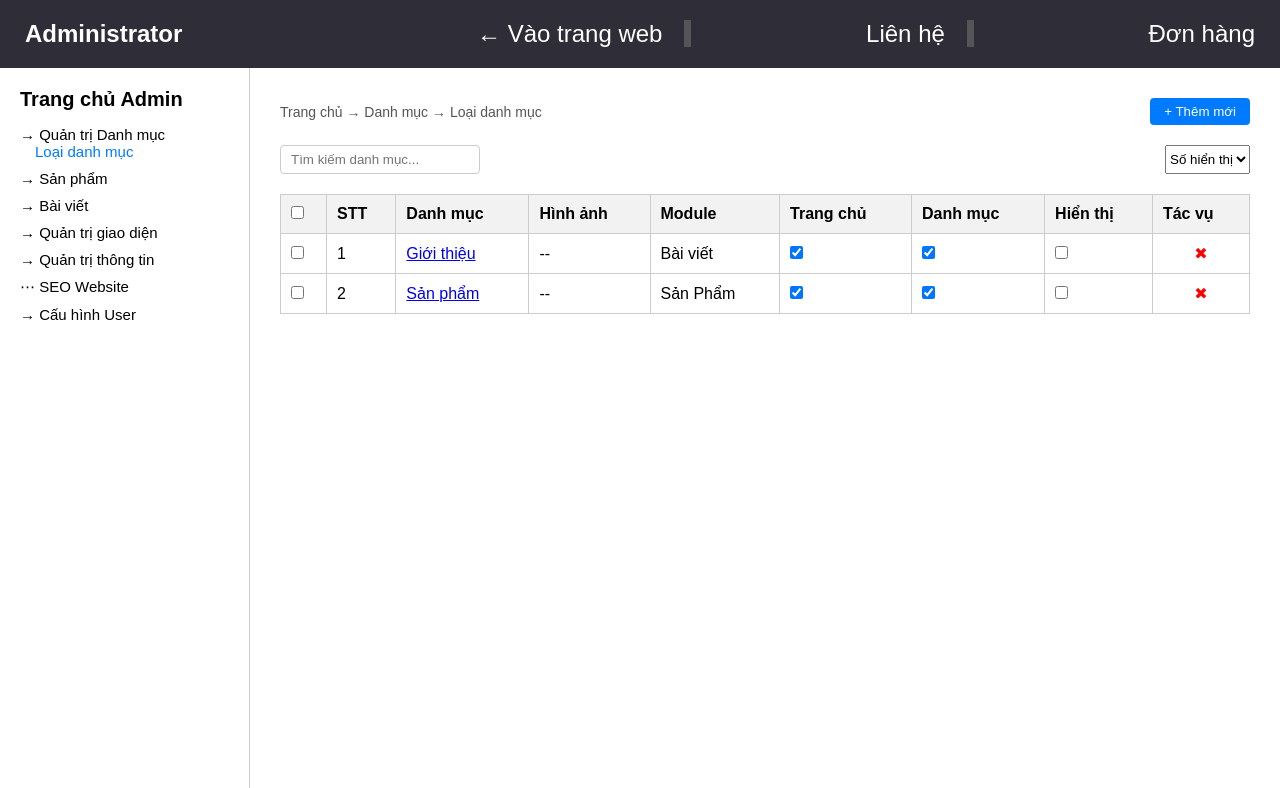
Repository: TranTanDat0606/Du-An-1
Page: Admin]/admin.html
The author's editor kept a copy of each file at every save. The page is drawn from the files as they stood at one save, then again after the next save.
The browser window is 1280 px wide. The pictures show the whole page.

Above is the page before, as saved 2025-07-30 14:51:55.

### Admin]/admin.html
<!DOCTYPE html>
<html lang="vi">
<head>
    <meta charset="UTF-8" />
    <meta name="viewport" content="width=device-width, initial-scale=1.0"/>
    <title>Quản lý danh mục</title>
    <link rel="stylesheet" href="admin.css" />
</head>
<body>
    <header class="topbar">
    <div class="topbar-left">Administrator</div>
    <div class="topbar-right">
    <a href="#">← Vào trang web</a>
    <a href="#">Liên hệ</a>
    <a href="#">Đơn hàng</a></div>
</header>
    <div class="admin-container">
    <aside class="sidebar">
    <h2>Trang chủ Admin</h2>
    <ul>
        <li>→ Quản trị Danh mục
    <ul class="submenu">
            <li><a href="#">Loại danh mục</a></li>
    </ul>
        </li>
        <li>→ Sản phẩm</li>
        <li>→ Bài viết</li>
        <li>→ Quản trị giao diện</li>
        <li>→ Quản trị thông tin</li>
        <li>⋯ SEO Website</li>
        <li>→ Cấu hình User</li>
    </ul>
    </aside>
    <main class="main-content">
    <div class="header-bar">
        <span class="breadcrumbs">Trang chủ → Danh mục → Loại danh mục</span>
        <button class="btn-new">+ Thêm mới</button>
    </div>

    <div class="table-toolbar">
        <input type="text" class="search-input" placeholder="Tìm kiếm danh mục..." />
        <select>
    <option>Số hiển thị</option>
        </select>
    </div>
    <table>
        <thead>
    <tr>
            <th><input type="checkbox" /></th>
            <th>STT</th>
            <th>Danh mục</th>
            <th>Hình ảnh</th>
            <th>Module</th>
            <th>Trang chủ</th>
            <th>Danh mục</th>
            <th>Hiển thị</th>
            <th>Tác vụ</th>
    </tr>
        </thead>
        <tbody>
    <tr>
            <td><input type="checkbox" /></td>
            <td>1</td>
            <td><a href="#">Giới thiệu</a></td>
            <td>--</td>
            <td>Bài viết</td>
            <td><input type="checkbox" checked /></td>
            <td><input type="checkbox" checked /></td>
            <td><input type="checkbox" /></td>
            <td class="text-danger">✖</td>
    </tr>
    <tr>
            <td><input type="checkbox" /></td>
            <td>2</td>
            <td><a href="#">Sản phẩm</a></td>
            <td>--</td>
            <td>Sản Phẩm</td>
            <td><input type="checkbox" checked /></td>
            <td><input type="checkbox" checked /></td>
            <td><input type="checkbox" /></td>
            <td class="text-danger">✖</td>
    </tr>
        </tbody>
    </table>
    </main>
    </div>
</body>
</html>

### Admin]/admin.css
* {
    margin: 0;
    padding: 0;
    box-sizing: border-box;
    font-family: sans-serif;
}
/* header */
/* Topbar admin */
.topbar {
    background-color: #2f2e38;
    color: white;
    display: flex;
    justify-content: space-between;
    align-items: center;
    padding: 20px 25px;
    font-size: 24px;
}

.topbar-left {
    font-weight: bold;
}

.topbar-right a {
    color: white;
    text-decoration: none;
    margin-left: 15px;
    border-left: 7px solid #555;
    padding-left: 175px;
}

.topbar-right a:first-child {
    border-left: none;
    padding-left: 0;
}
body {
    background: #f5f5f5;
}

.admin-container {
    display: flex;
    height: 100vh;
}

/* Sidebar */
.sidebar {
    width: 250px;
    background: #fff;
    border-right: 1px solid #ccc;
    padding: 20px;
}

.sidebar h2 {
    margin-bottom: 15px;
    font-size: 20px;
}

.sidebar ul {
    list-style: none;
}

.sidebar li {
    margin-bottom: 10px;
    font-size: 15px;
}

.sidebar .submenu {
    margin-left: 15px;
}

.sidebar a {
    color: #007bff;
    text-decoration: none;
}

/* Main Content */
.main-content {
    flex: 1;
    padding: 30px;
    background: #fff;
}

.header-bar {
    display: flex;
    justify-content: space-between;
    align-items: center;
}

.breadcrumbs {
    color: #555;
    font-size: 14px;
}

.btn-new {
    background: #007bff;
    color: #fff;
    border: none;
    padding: 6px 14px;
    border-radius: 4px;
    cursor: pointer;
}

.table-toolbar {
    margin: 20px 0;
    display: flex;
    justify-content: space-between;
}

.search-input {
    padding: 6px 10px;
    width: 200px;
    border: 1px solid #ccc;
    border-radius: 4px;
}

table {
    width: 100%;
    border-collapse: collapse;
    background: #fff;
}

table th,
table td {
    border: 1px solid #ccc;
    padding: 10px;
    text-align: left;
}

table th {
    background: #f2f2f2;
}

.text-danger {
    color: red;
    text-align: center;
}

After the next save:
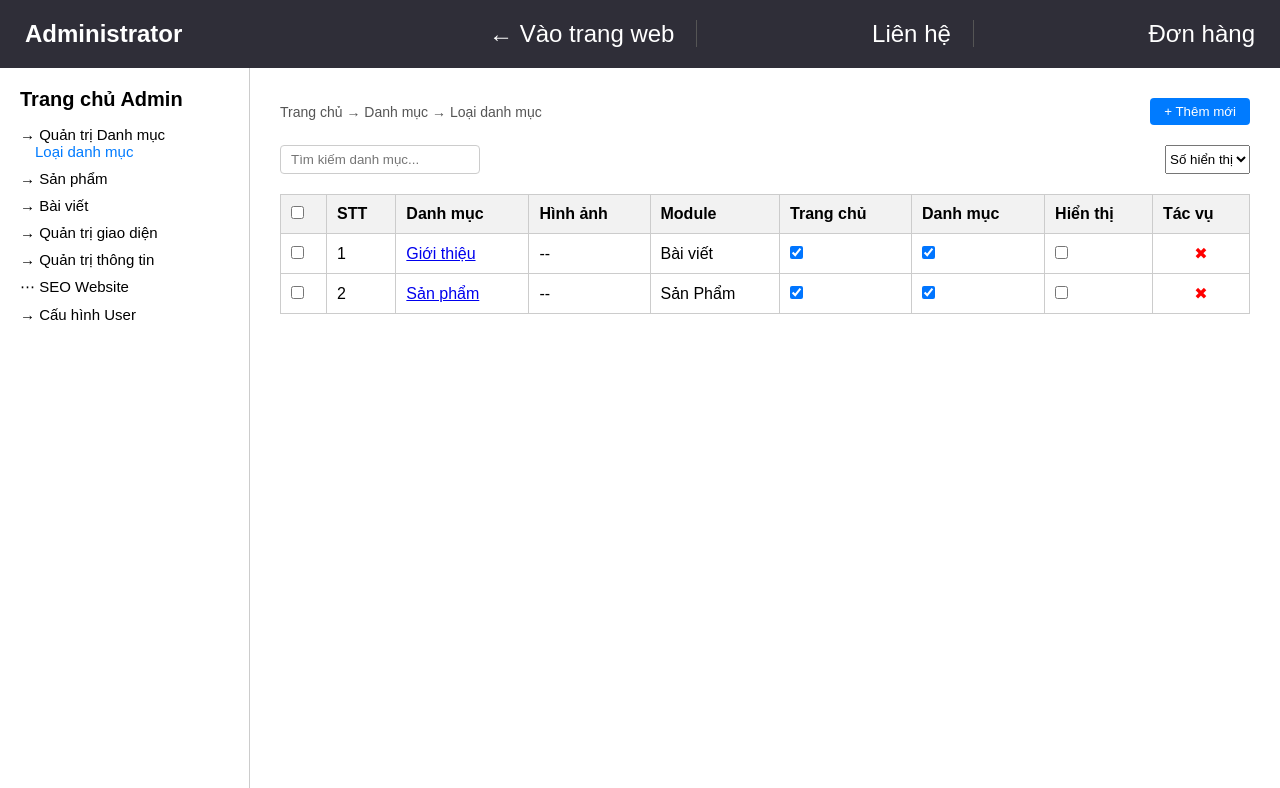
Saved 13 s later.
--- a/Admin]/admin.css
+++ b/Admin]/admin.css
@@ -24,7 +24,7 @@
     color: white;
     text-decoration: none;
     margin-left: 15px;
-    border-left: 7px solid #555;
+    border-left: 1px solid #555;
     padding-left: 175px;
 }
 
